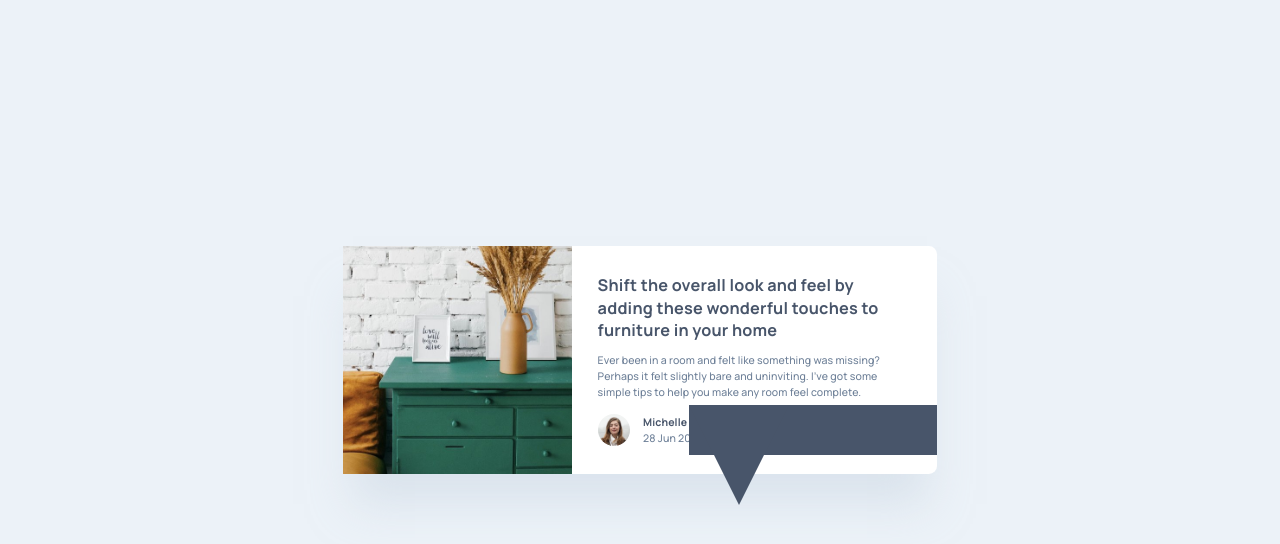
Repository: brandontaylor1/article-preview-component
Page: index.html
The author's editor kept a copy of each file at every save. The page is drawn from the files as they stood at one save, then again after the next save.
The browser window is 1280 px wide. The pictures show the whole page.

Above is the page before, as saved 2025-01-15 16:08:24.

After the next save:
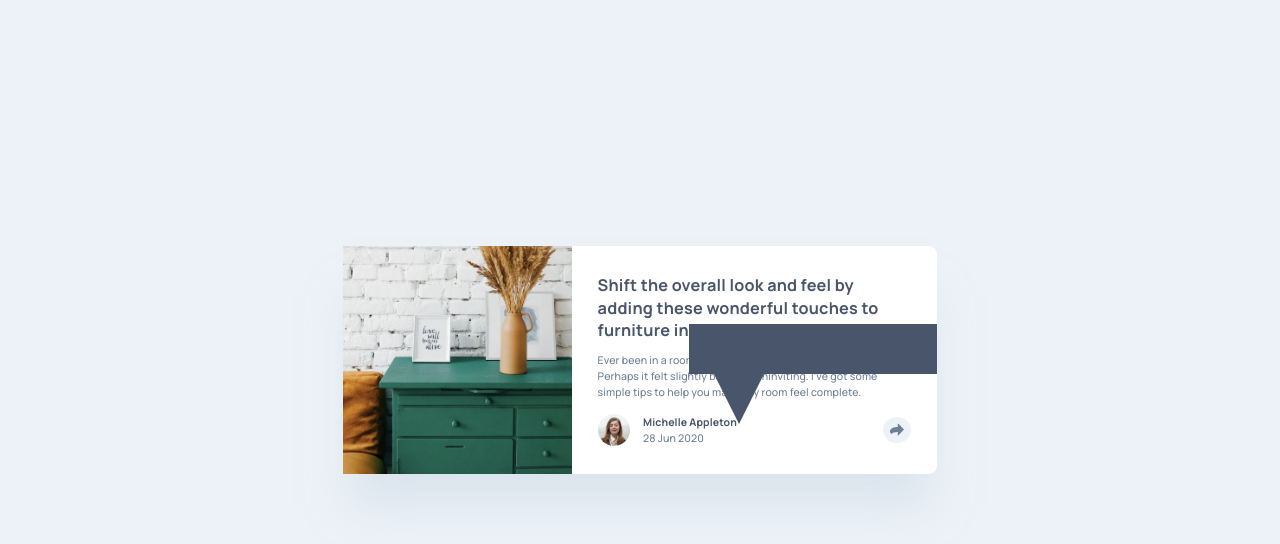
Saved 25 s later.
--- a/styles.css
+++ b/styles.css
@@ -151,7 +151,7 @@ body {
     width: 248px;
     background-color: #48556A;
     position: absolute;
-    top: -px;
+    bottom: 100px;
     right: 0;
 
 }
